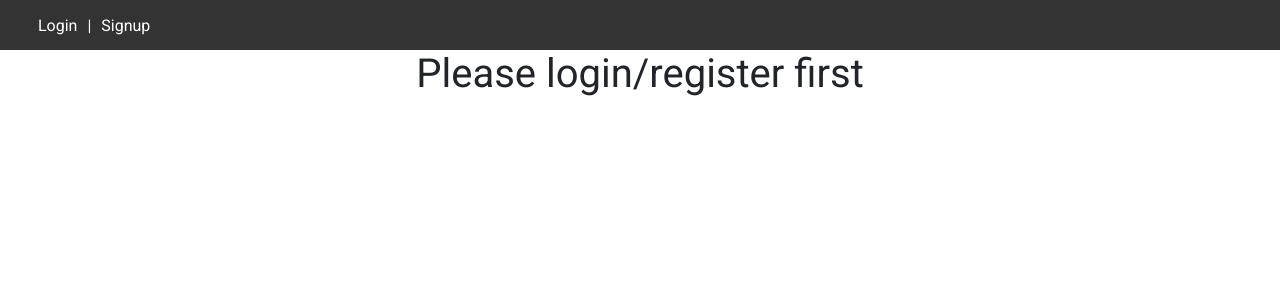
Repository: drumsmanku/task-manager
Page: / (app in client/)
An editor plug-in stored every save of this project. The page is shown before and after the next save, followed by the edit.
The browser window is 1280 px wide. The pictures show the whole page.
The page's requests for data from a server got no answer. The project was rebuilt for these pictures with package versions that can differ from the ones it lists, and the page was loaded fresh each time. No one was signed in, and anything a server would have sent is missing. Also part of the build but not shown: client/src/App.css, client/src/Components/AddTaskPopUp/AddTaskPopUp.module.css, client/src/Components/AddTaskPopUp/AddTaskPopUp.jsx, client/src/Components/EditTaskPopUp/EditTaskPopUp.module.css, client/src/Components/EditTaskPopUp/EditTaskPopUp.jsx, client/src/Components/MainPage/TaskList.jsx, client/src/Components/Register/Register.jsx, client/src/Components/Login/Login.jsx.

Above is the page before, as saved 2024-01-26 15:10:36.

After the next save:
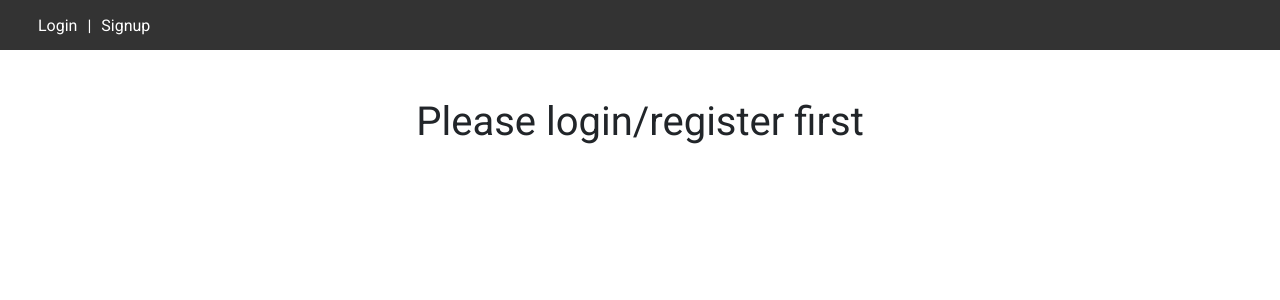
Saved 12 s later.
--- a/client/src/Components/MainPage/MainPage.jsx
+++ b/client/src/Components/MainPage/MainPage.jsx
@@ -133,7 +133,7 @@ function MainPage() {
           </>
         ) : (
           <>
-            <h1 style={{textAlign:'center'}}>Please login/register first</h1>
+            <h1 style={{textAlign:'center', marginTop:'3rem'}}>Please login/register first</h1>
           </>
         )}
       </div>
